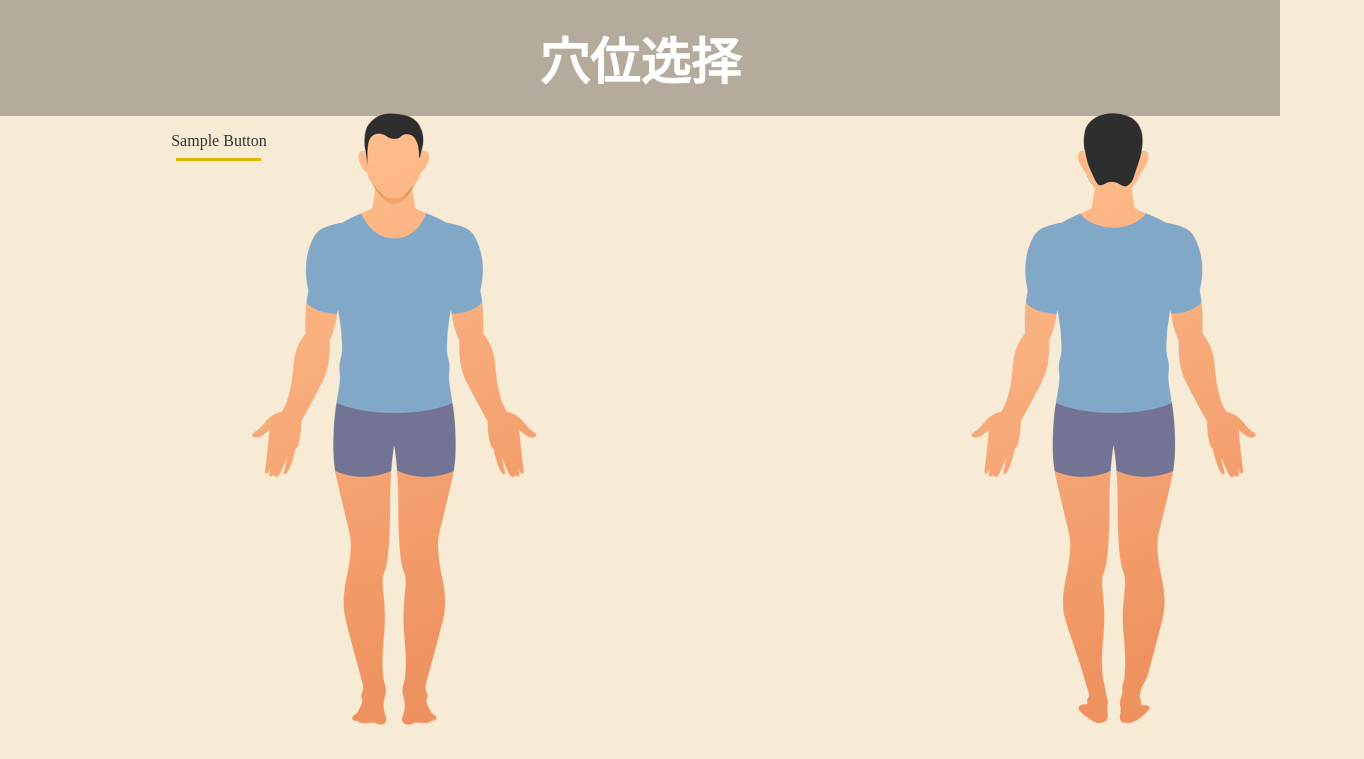
Repository: chjyume/zhongyi
Page: xuewei.html
An editor plug-in stored every save of this project. The page is shown before and after the next save, followed by the edit.
The browser window is 1280 px wide. The page is 1364 px wide, so the pictures cover 1364 px, including what lies to the right of the window. The pictures show the whole page.

Above is the page before, as saved 2023-09-12 20:08:16.

After the next save:
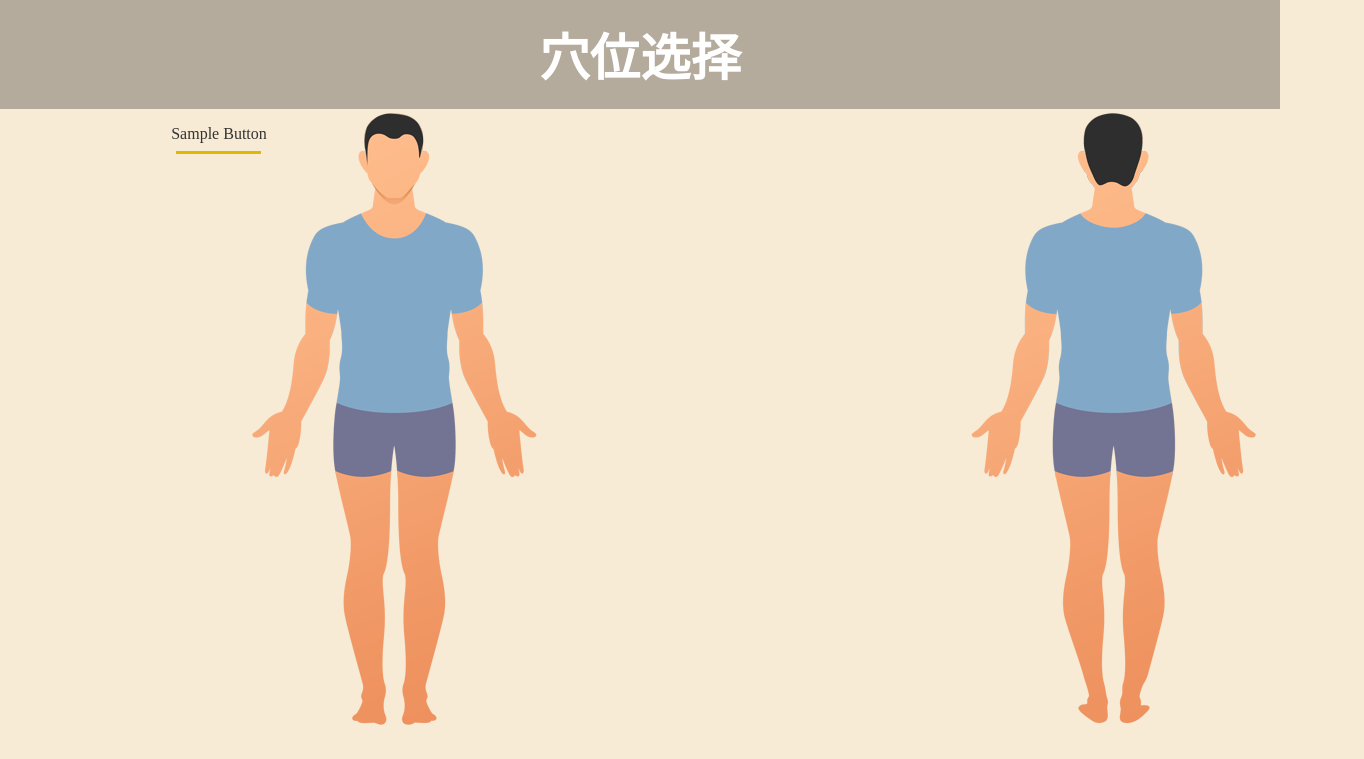
Saved 20 s later.
--- a/css/xuewei.css
+++ b/css/xuewei.css
@@ -6,7 +6,7 @@ body{
 .top-bar {
 background-color: #33333358;
 color: #fff;
-padding: 3vh;
+padding: 2.5vh;
 text-align: center;
 top: 0;
 left: 0;
